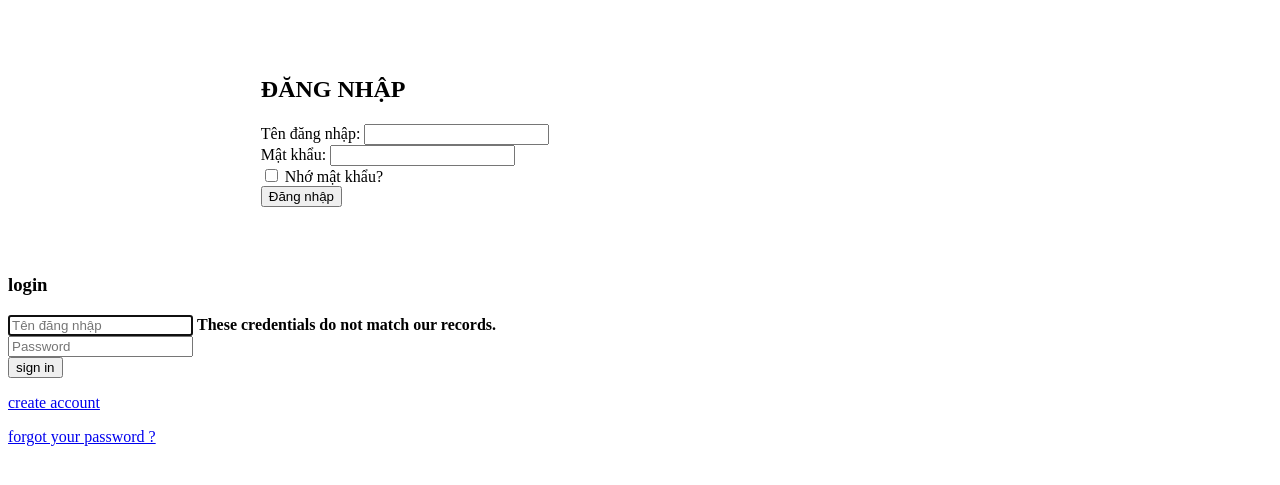
Repository: nguyengiabao245/NHOM3_C2
Page: http://localhost/DoAnJava/WEB-INF/views/account/login.jsp
These files come from the project's save history. The page is drawn as it stood at one moment and after the next save; the edit follows.
The browser window is 1280 px wide. The pictures show the whole page.
The page is served by Tomcat 9. Nobody is signed in. The template is opened directly, without the code that normally fills it, so the values that code supplies are empty.

Above is the page before, as saved 2022-05-15 10:50:16.

After the next save:
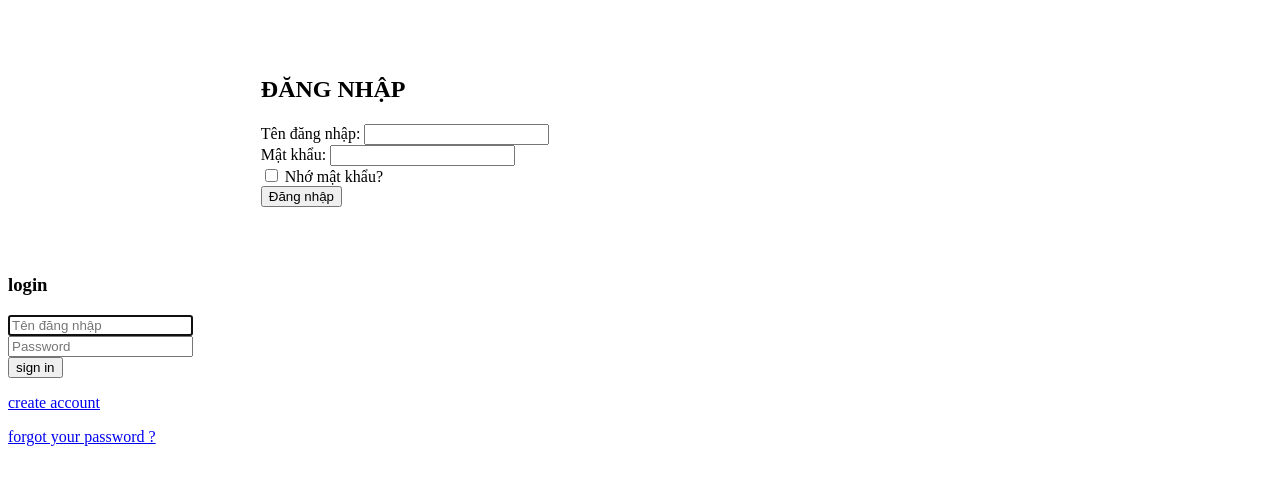
Saved 44 s later.
--- a/DoAnJava/src/main/webapp/WEB-INF/views/account/login.jsp
+++ b/DoAnJava/src/main/webapp/WEB-INF/views/account/login.jsp
@@ -30,11 +30,9 @@
     <h4  class="label label-danger">${message}</h4>
         <h3 class="text-center text-uper font-700 fs-30 mgB-45">login</h3>
         <form class="form-horizontal" role="form" method="post" action="/account/login">
-            <input type="hidden" name="_token" value="KXZ0MqkqqnbF9eA0Ru6AeUJ7yzZkyycLndsHZTg1">
             <div class="frm-item">
                 <input id="email" type="email" name="email" value="${uid}" placeholder="Tên đăng nhập" required autofocus >
                                     <span class="help-block">
-                        <strong>These credentials do not match our records.</strong>
                     </span>
                             </div>
             <div class="frm-item">
